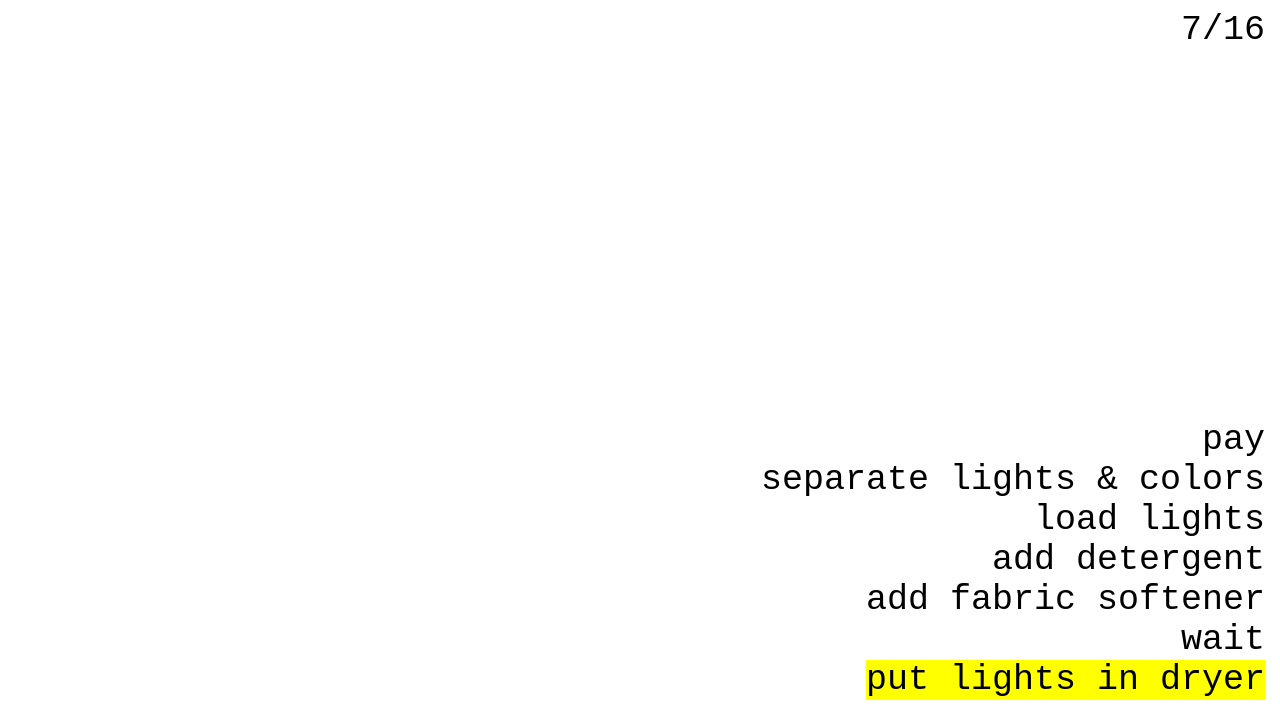
Repository: ortik455/ortik455.github.io
Page: studio/laundrysite/seven.html
The author's editor kept a record of every edit. The page is drawn from the files as they stood at one moment, then again after the next edit.
The browser window is 1280 px wide. The pictures show the whole page.

Above is the page before.

### studio/laundrysite/seven.html
<!DOCTYPE html>
<html>
	<head>
	    <link href='http://fonts.googleapis.com/css?family=Inconsolata' rel='stylesheet' type='text/css'>
		<link rel="icon" href="../../studio/favicon.png" sizes="16x16 32x32" type="image/png">
		<link href="laundry.css" rel="stylesheet" type="text/css">
		<title>7/16</title>
	</head>

	<body>
<!--class to call out all the text and use id="" to call out
individual things but dont use ids... -->
	  <div class="text">
		<div class="number">
	  		7/16
	  	</div>
		<div class="steps">
		  	pay
		  	<br>
		  	separate lights &amp; colors
		  	<br>
		  	load lights
		  	<br>
		  	add detergent
		  	<br>
		  	add fabric softener
		  	<br>
		  	wait
		  	<br>
		  	<mark>put lights in dryer</mark>
		</div>
	  </div>

	</body>
</html>

### studio/laundrysite/laundry.css
*, *:before, *:after {
    -webkit-box-sizing: border-box;
       -moz-box-sizing: border-box;
            box-sizing: border-box;

}
.timerbox {
    background: #000000;
    float: left;
    width: 50%;
    height: 900px;
}
.timer {
    position: absolute;
    background: #000000;
    color: #ffffff;
    top: 50%;
    left: 275px;
    font-size: 60px;
}
.timer2 {
    position: absolute;
    background: #000000;
    color: #ffffff;
    top: 50%;
    left: 275px;
    font-size: 60px;
}

body{
	background: #FFFFFF;
	font-size: 0px;
	margin: 0;
	font-family: Courier New, sans-serif;
	height: 100%;
}
.start{
    background-color: #000000;
    font-size: 50px;
    letter-spacing: 6px;
    position: absolute;
    bottom: 50%;
    margin-left: 20px;
}
.mark {
    background-color: #000000;
    color: #FFFFFF;
}
.text {
	font-size: 35px;
    width: 50%;
    height: 715px;
    float: left;
}
.photos {
    width: 50%;
    height: 100%;
    float: left;
    overflow: hidden;
}
.number {
   font-size: 35px;
   position: fixed;
   top: 0px;
   right: 0px;
   padding: 10px 15px 20px 5px;
}
.steps {
   font-size: 35px;
   text-align: right;
   position: fixed;
   bottom: 0px;
   right: 0px;
   padding: 10px 15px 20px 5px;

}
a:link {
    text-decoration:none;
    color: #000000;
    }
a:visited {
    color: #000000;
}
.photos:hover img {
    transform: scale(1.1);
}
.photos img {
    transition: transform 2s ease;
}

After the next edit:
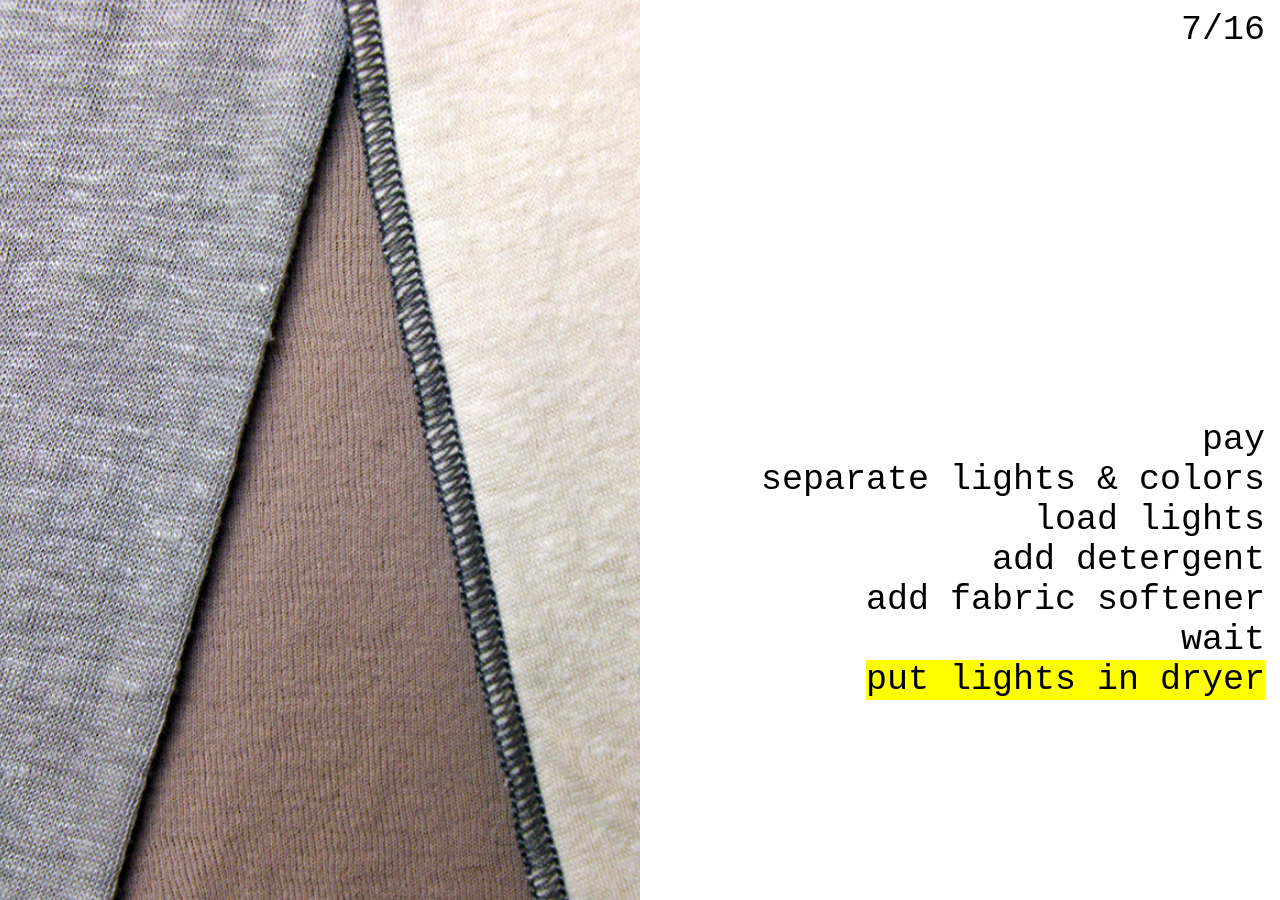
The edit:
--- a/studio/laundrysite/seven.html
+++ b/studio/laundrysite/seven.html
@@ -8,8 +8,10 @@
 	</head>
 
 	<body>
-<!--class to call out all the text and use id="" to call out
-individual things but dont use ids... -->
+
+	  <div class="photos">
+	  	<a href="eight.html"><img src="photos/unloadlights.png"  alt=""></a>
+	  </div>
 	  <div class="text">
 		<div class="number">
 	  		7/16
